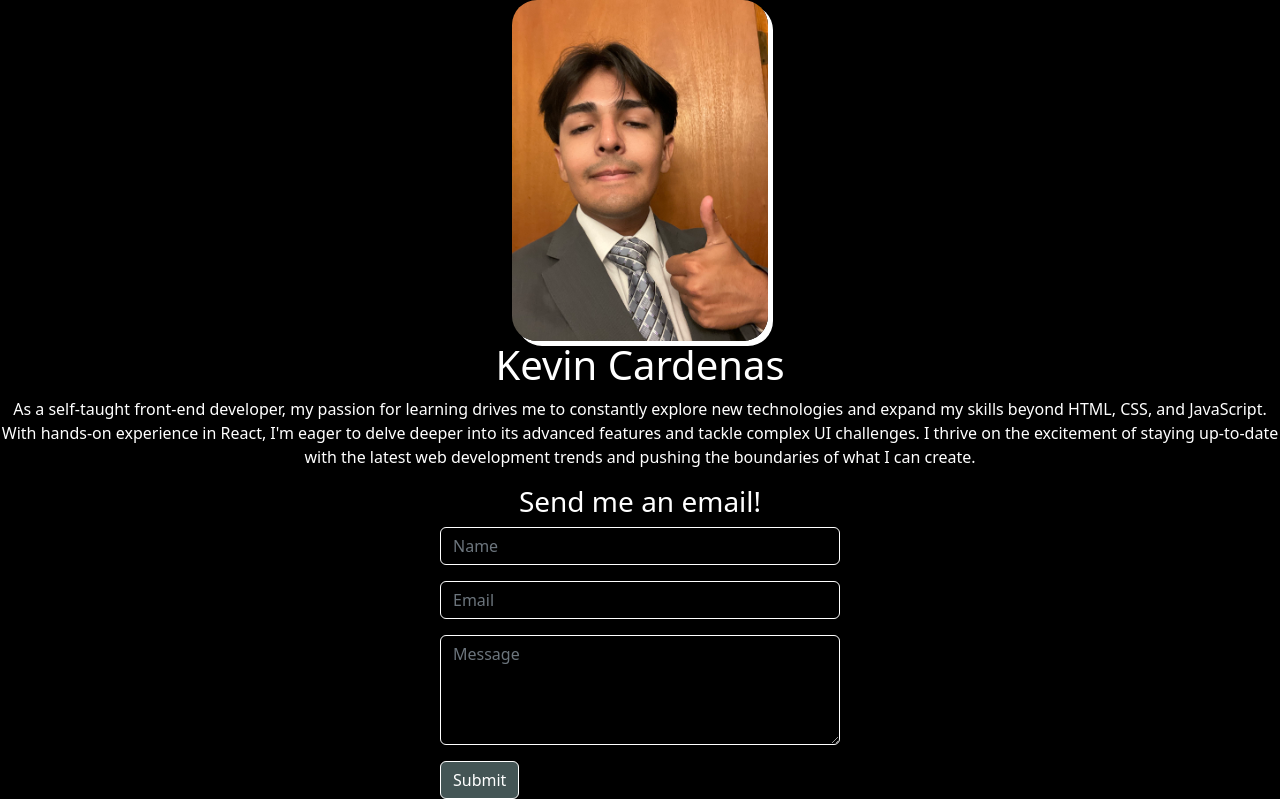
Repository: elqueben/elqueben.github.io
Page: public/index.html
An editor plug-in stored every save of this project. The page is shown before and after the next save, followed by the edit.
The browser window is 1280 px wide. The pictures show the whole page.
The pointer rests on the first visible `.btn-primary`.

Above is the page before, as saved 2023-06-20 12:01:00.

After the next save:
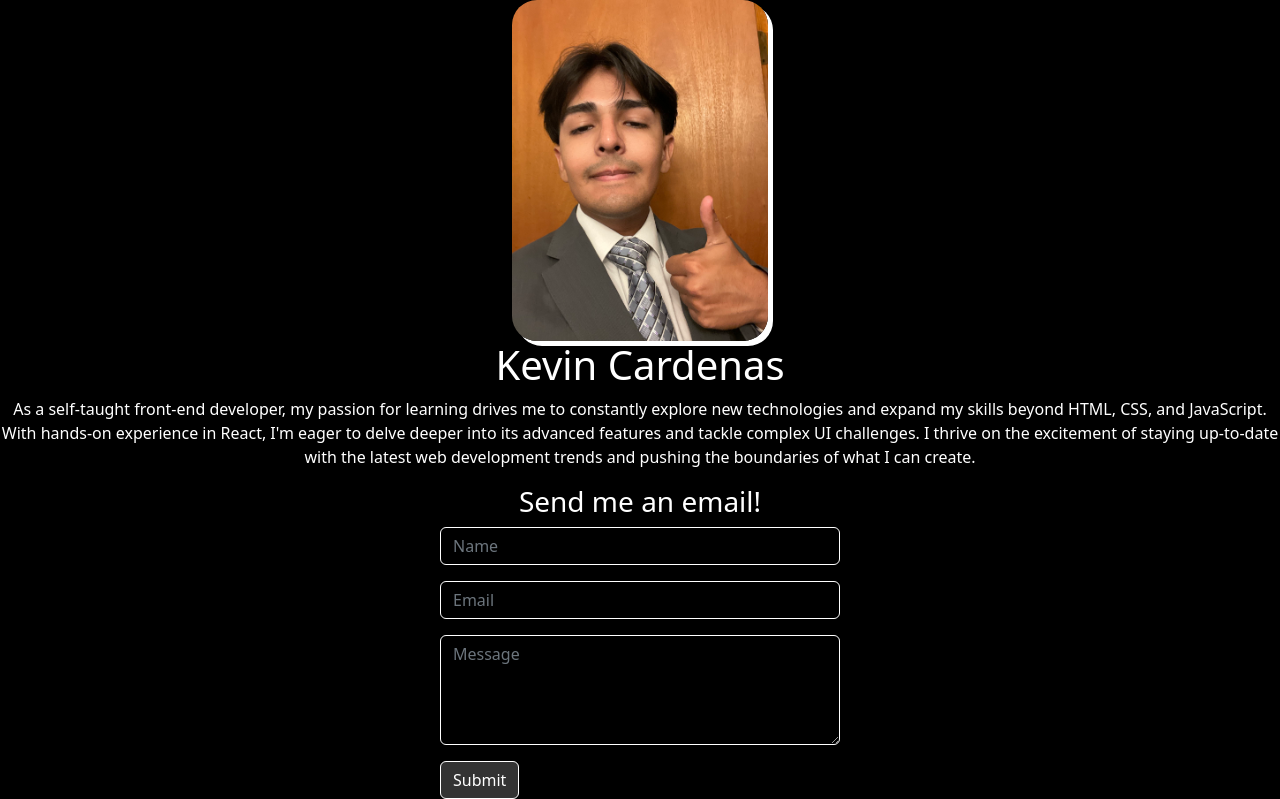
Saved 5 s later.
--- a/public/styles.css
+++ b/public/styles.css
@@ -29,7 +29,7 @@ body {
 }
 
 .btn-primary:hover {
-    background-color: #455;
+    background-color: #333;
     border-color: #fff;
     color: #fff;
   }
